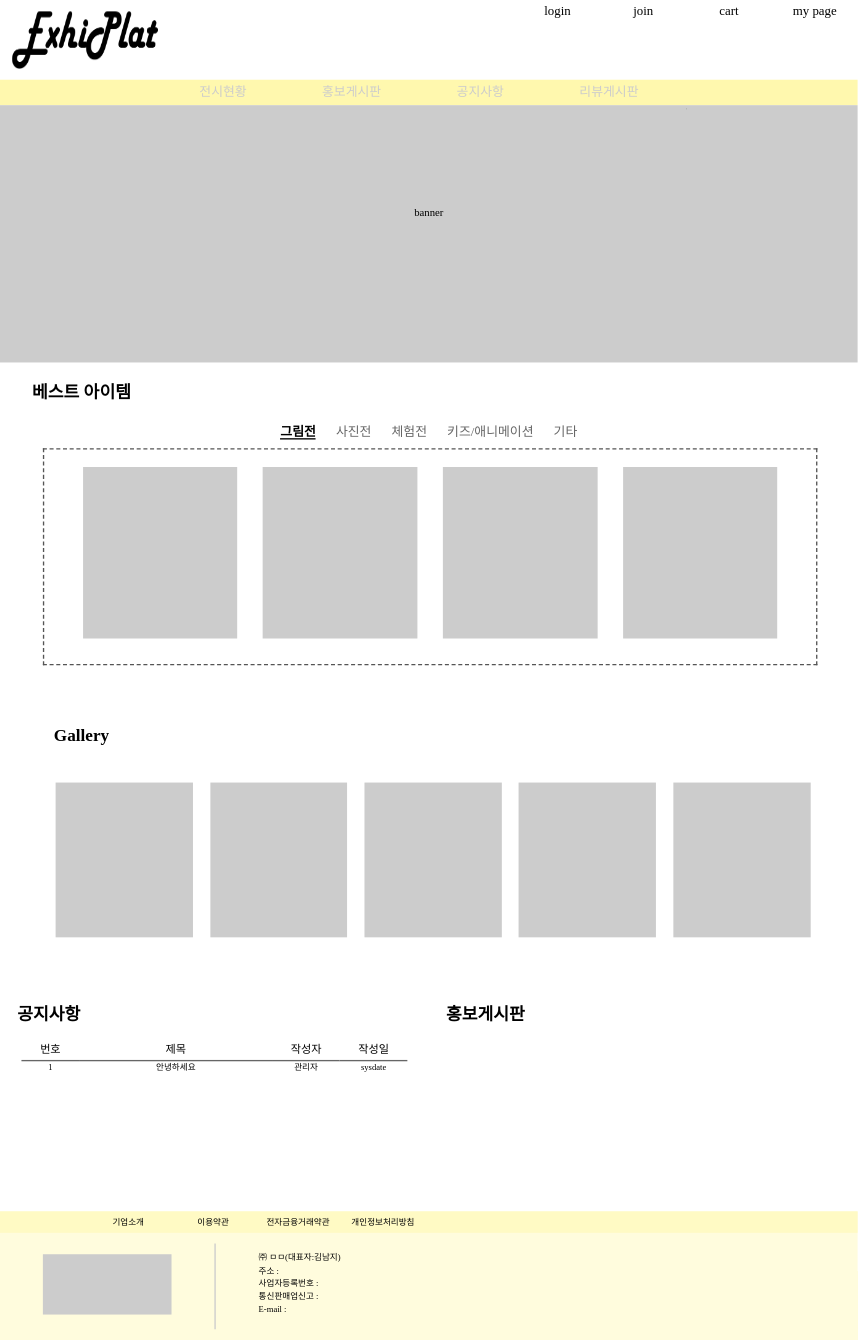
Repository: pnamjitoo/exhibition
Page: http://localhost/exhibition/source/main/index.jsp
The author's editor kept a copy of each file at every save. The page is drawn from the files as they stood at one save, then again after the next save.
The browser window is 1280 px wide. The pictures show the whole page, at 67% of full size.
Some web fonts or font styles are not loaded; a fallback is used. Some web libraries are served in a nearby version. The page is served by Tomcat 9.

Above is the page before, as saved 2022-09-11 00:46:43.

After the next save:
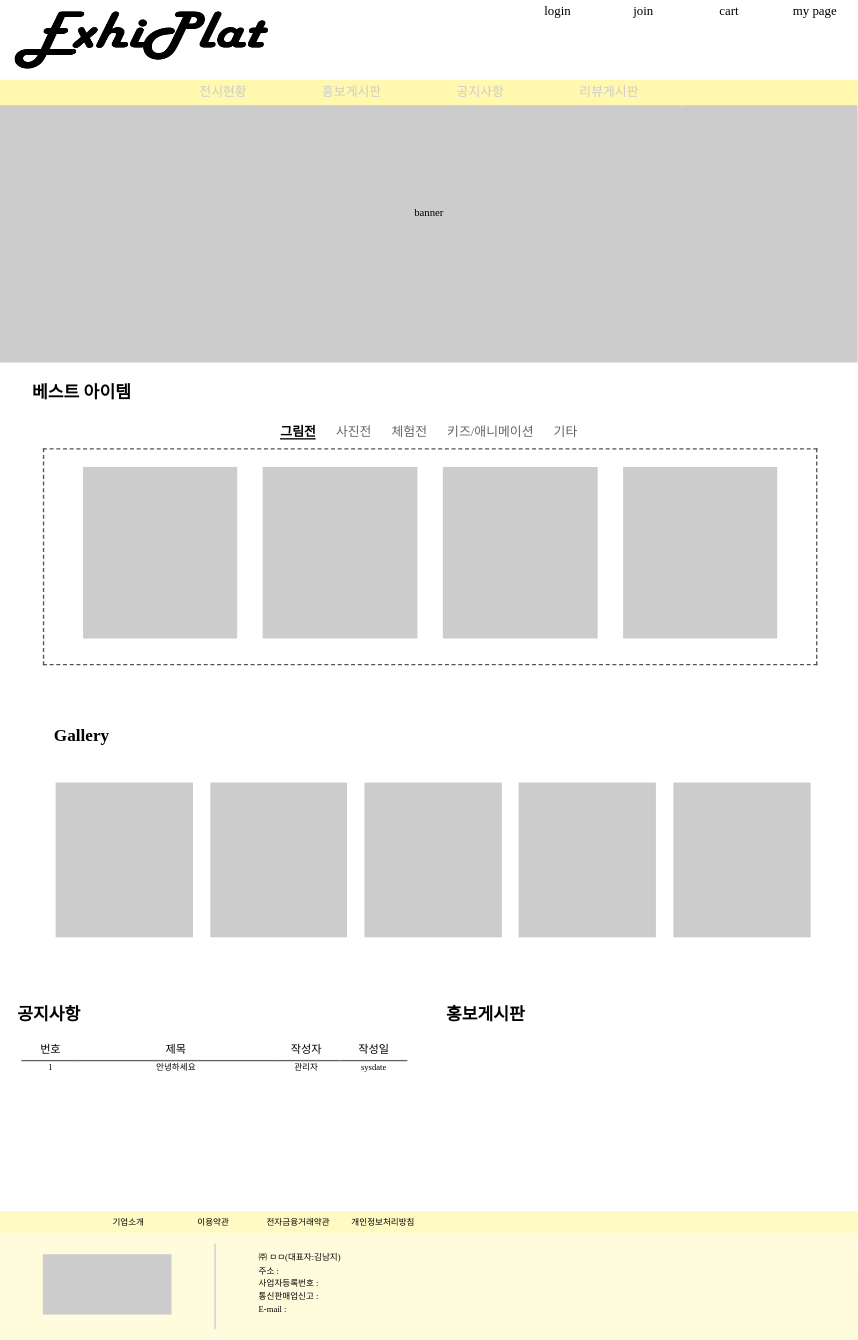
Saved 4 min 9 s later.
--- a/exhibition/src/main/webapp/source/main/header.jsp
+++ b/exhibition/src/main/webapp/source/main/header.jsp
@@ -23,7 +23,7 @@
     <div id="wrap">
         <header>
             <div id="logo">
-				<img width='230' height='90' src="${pageContext.request.contextPath}/image/logo.png">
+				<img width='400' height='90' src="${pageContext.request.contextPath}/image/logo.png">
             </div><!--//logo-->
             <div id="top_menu">
                 <ul>
